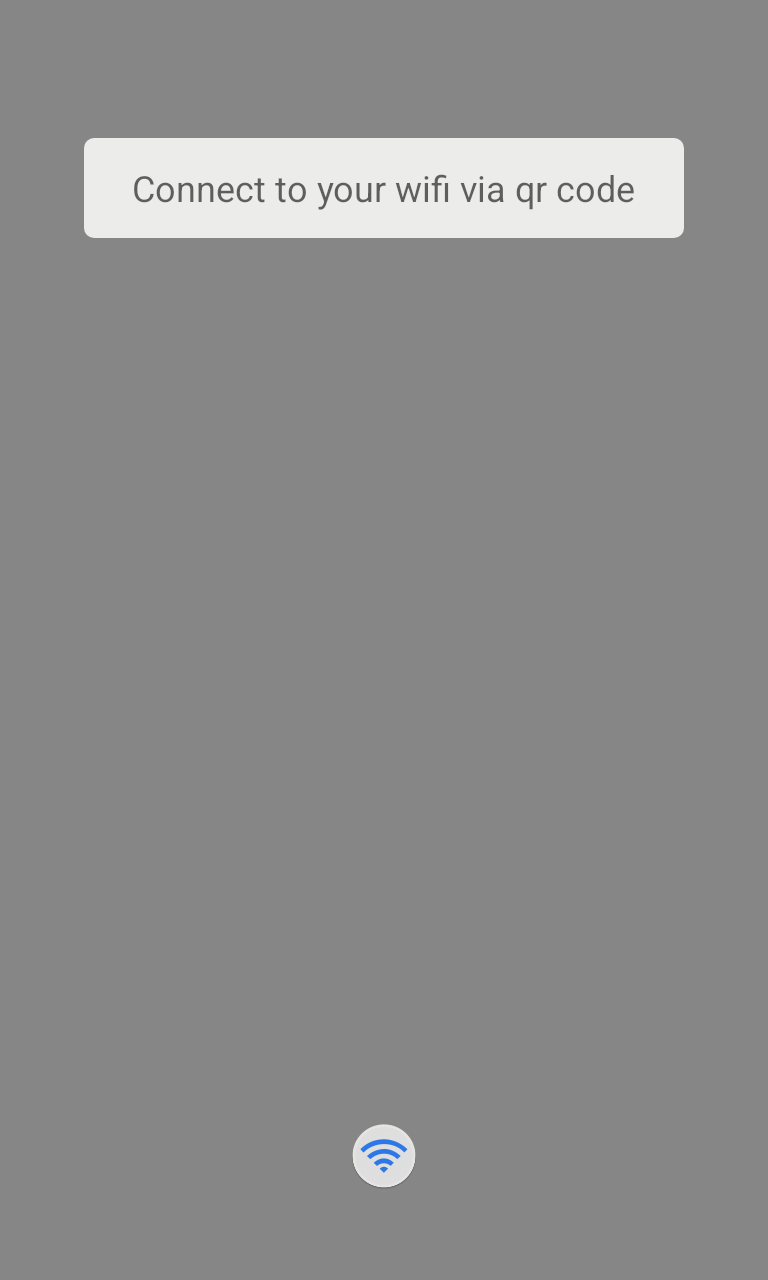
Repository: Kitsopappas/Qr-Fidelity
Layout: QrFidelity/res/layout/activity_main.xml
An editor plug-in stored every save of this project. The layout is shown before and after the next save, followed by the edit.
It is drawn on a 768 x 1280 px phone screen (xhdpi) without system bars, with theme AppTheme; the app's code is not run.

Above is the layout before, as saved 2015-02-22 02:32:39.

After the next save:
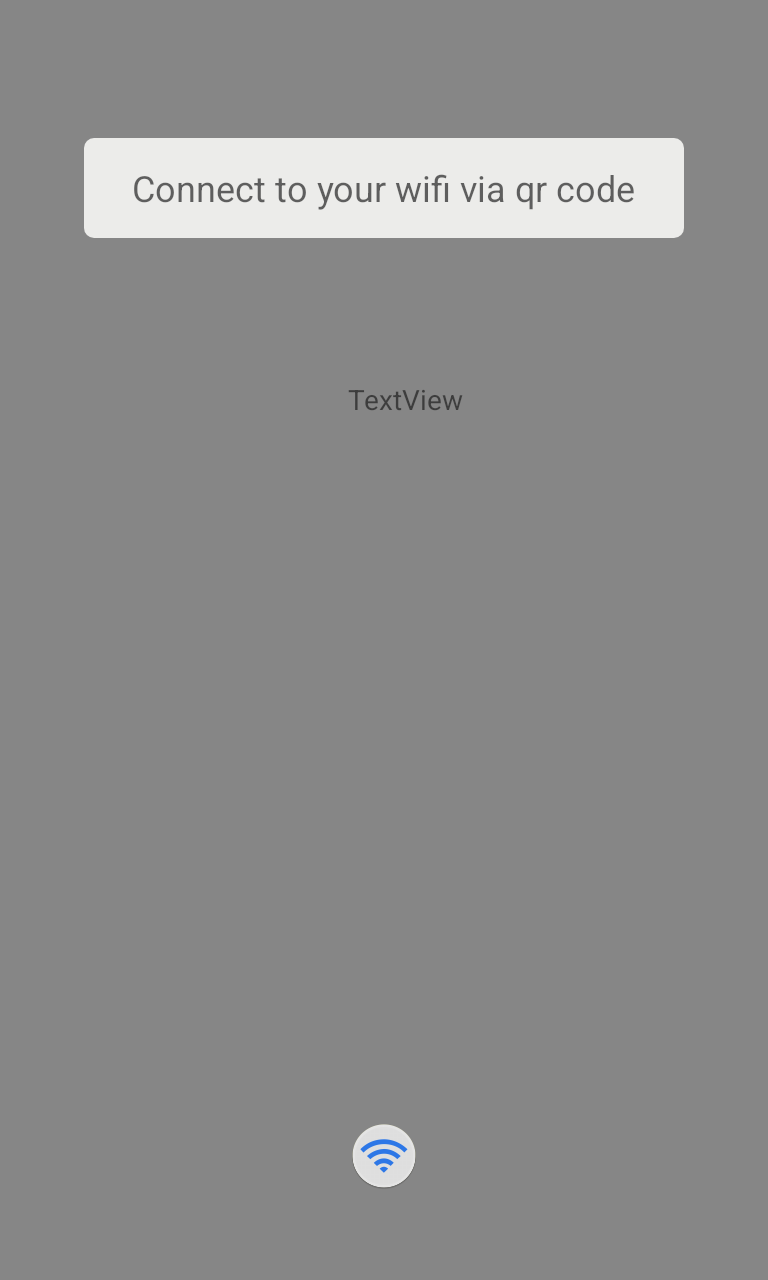
Saved 14 s later.
--- a/QrFidelity/res/layout/activity_main.xml
+++ b/QrFidelity/res/layout/activity_main.xml
@@ -37,4 +37,13 @@
         android:text="@string/connect"
         android:textColor="#ececea" />
 
+    <TextView
+        android:id="@+id/test"
+        android:layout_width="wrap_content"
+        android:layout_height="wrap_content"
+        android:layout_alignLeft="@+id/connect"
+        android:layout_below="@+id/relativeLayout1"
+        android:layout_marginTop="71dp"
+        android:text="TextView" />
+
 </RelativeLayout>
